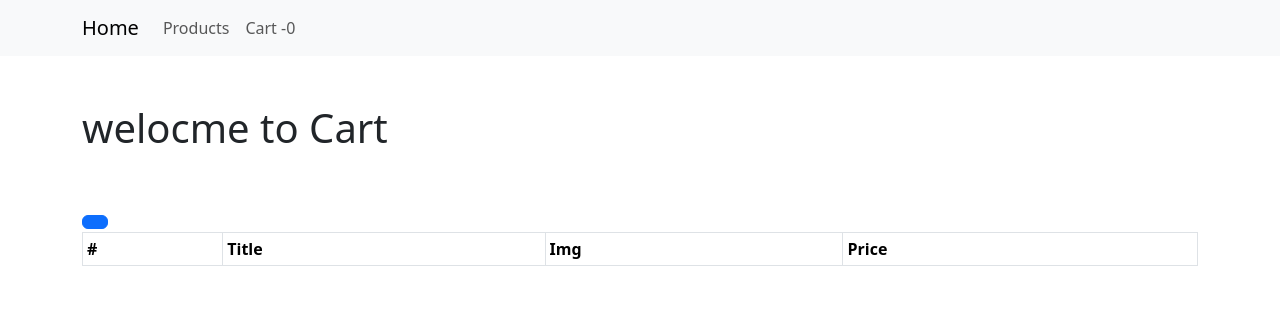
Repository: abdulrahmanmahmood/Basic-Cart-App-Using-Redux-Toolkit
Page: /cart
These files come from the project's save history. The page is drawn as it stood at one moment and after a run of saves; the edit follows.
The browser window is 1280 px wide. The pictures show the whole page.
The project was rebuilt for these pictures with package versions that can differ from the ones it lists, and the page was loaded fresh each time. Also part of the build but not shown: src/App.css, src/components/Produc.js, src/App.js.

Above is the page before, as saved 2023-09-28 21:48:13.

After the next 3 saves:
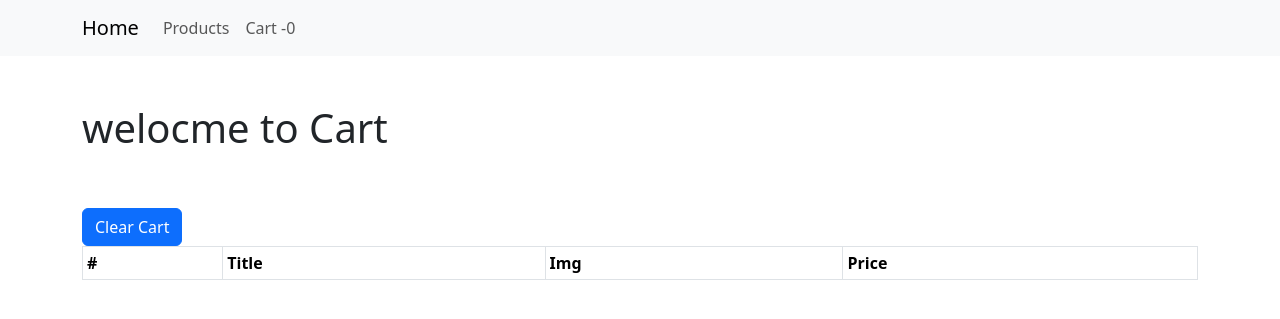
The 3 saves are shown as one change because they came seconds apart.
The last was saved 9 s later.
--- a/src/components/Cart.js
+++ b/src/components/Cart.js
@@ -9,7 +9,7 @@ function Cart() {
   return (
     <Container>
     <h1 className='py-5'>welocme to Cart</h1>
-    <Button></Button>
+    <Button onc>Clear Cart</Button>
     <Table striped bordered hover size="sm">
       <thead>
         <tr>
